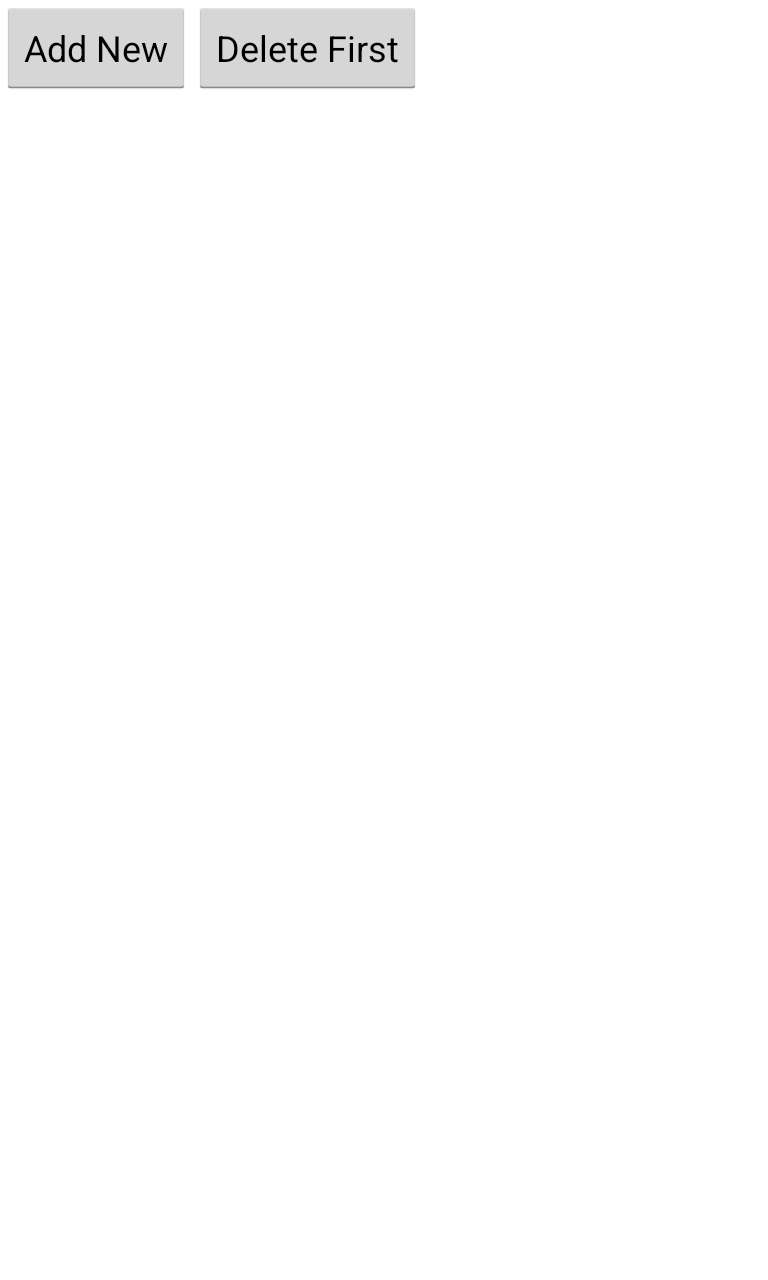
Repository: steve-ng/android-patterns
Layout: Pattern-ExponentialBackOff/res/layout/activity_main.xml
An editor plug-in stored every save of this project. The layout is shown before and after the next save, followed by the edit.
It is drawn on a 768 x 1280 px phone screen (xhdpi) without system bars, with theme AppTheme; the app's code is not run. Lists and similar views that code fills are empty.

Above is the layout before, as saved 2013-11-01 23:35:04.

After the next save:
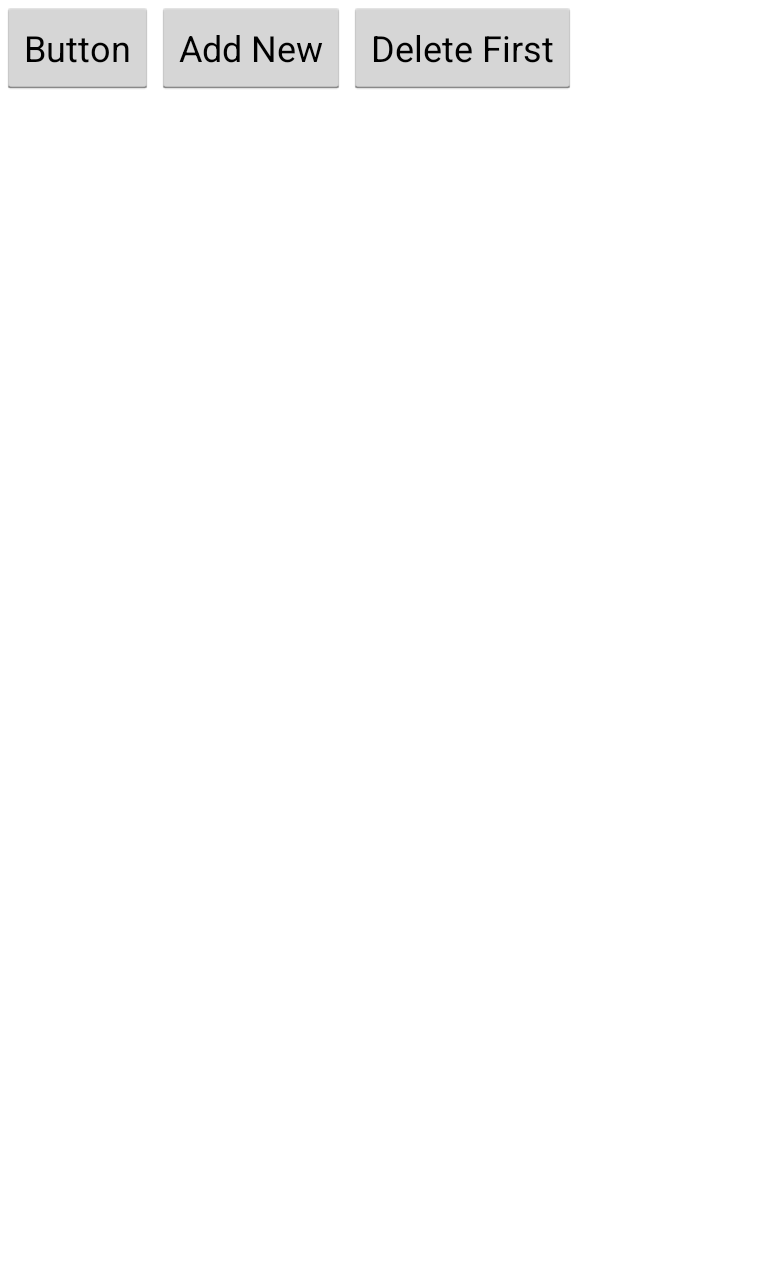
Saved 53 s later.
--- a/Pattern-ExponentialBackOff/res/layout/activity_main.xml
+++ b/Pattern-ExponentialBackOff/res/layout/activity_main.xml
@@ -8,6 +8,12 @@
         android:id="@+id/group"
         android:layout_width="wrap_content"
         android:layout_height="wrap_content" >
+
+        <Button
+            android:id="@+id/retrieve"
+            android:layout_width="wrap_content"
+            android:layout_height="wrap_content"
+            android:text="Button" />
 
         <Button
             android:id="@+id/add"
